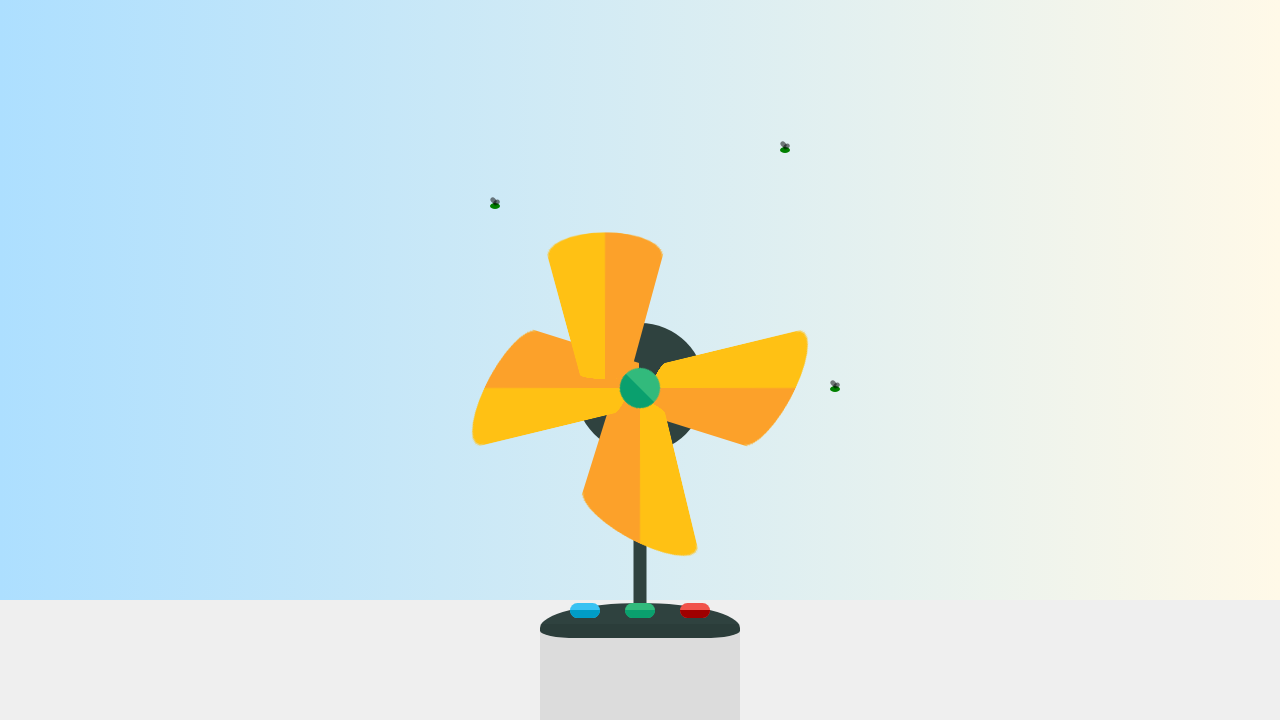
Repository: VuTuanAnh0949/CodeFan
Page: index.html
An editor plug-in stored every save of this project. The page is shown before and after the next save, followed by the edit.
The browser window is 1280 px wide. The pictures show the whole page.

Above is the page before, as saved 2022-06-21 14:34:19.

### index.html
<!DOCTYPE html>
<html lang="en">
<head>
    <meta charset="UTF-8">
    <meta http-equiv="X-UA-Compatible" content="IE=edge">
    <meta name="viewport" content="width=device-width, initial-scale=1.0">
    <title>Document</title>
    <link rel="stylesheet" href="style.css">
</head>
<body>
    <div class="windows">
        <div class="window"></div>

    </div>
    <div class="fan">
        <div class="fan__root"> <span class="top"> <label class="red" for="engine"></label> <label class="green"
                    for="engine2"></label> <label class="blue" for="jack"></label> </span> <span class="bottom"></span>
        </div>
        <div class="fan__staddle"></div> <input type="checkbox" id="jack" hidden />
        <div class="head">
            <div class="fan__engine"> <span class="center"></span> </div> <input type="checkbox" id="engine" hidden
                checked />
            <div> <span class="fly"></span> <span class="fly"></span> <span class="fly"></span>
                <div class="fan__blades"> <input type="checkbox" id="engine2" hidden checked />
                    <div class="fan__blades">
                        <div class="center"></div>
                        <div class="blade"><span></span></div>
                        <div class="blade"><span></span></div>
                        <div class="blade"><span></span></div>
                        <div class="blade"><span></span></div>
                    </div>
                </div>
            </div>
        </div>
    </div>

</body>
</html>

### style.css
html {
    overflow: hidden;
}

body {
    overflow: hidden;
    margin: 0;
    padding: 0;
    background: linear-gradient(90deg, #addfff, #fff9e8);
    display: flex;
    justify-content: center;
    align-items: center;
    width: 100vw;
    height: 100vh;
    position: relative;
}

body::after {
    position: absolute;
    width: 100%;
    content: "";
    height: calc(100% - 600px);
    z-index: 0;
    background: #efefef;
    bottom: 0;
}

@keyframes spin {
    from {
        transform: rotate(0deg);
    }

    to {
        transform: rotate(360deg);
    }
}

@keyframes off {
    to {
        transform: rotate(380deg);
    }
}

@keyframes off2 {
    to {
        transform: rotate(880deg);
    }
}

@keyframes fly {
    to {
        margin-top: 50px;
    }
}

span {
    display: block;
}

.windows {
    width: 100vw;
    height: 100vh;
    position: absolute;
    z-index: 0;
    top: 0;
    left: 0;
    display: flex;
    align-content: flex-start;
}


.fly {
    transition: 0.5s all cubic-bezier(0.04, 0.06, 0, 1.18), 1s transform;
    width: 10px;
    height: 6px;
    background: green;
    border-radius: 50%;
    position: absolute;
    animation: fly 5s alternate infinite ease-in-out;
}

.fly:nth-of-type(1) {
    top: -78px;
    left: -200px;
}

.fly:nth-of-type(2) {
    transform: translateY(-10px);
    animation-delay: 4s;
    top: 5px;
    right: -250px;
}

.fly:nth-of-type(3) {
    transform: translateY(0px);
    top: 400px;
    animation-delay: 2s;
    right: -400px;
}

.fly::after,
.fly::before {
    content: "";
    position: absolute;
    width: 7px;
    height: 5px;
    background-color: rgba(0, 0, 0, 0.5);
    display: block;
    border-radius: 50%;
}

.fly::before {
    bottom: 4px;
    transform: rotate(325deg);
    left: 3px;
}

.fly::after {
    transform: rotate(45deg);
    bottom: 6px;
}

.fan {
    width: 500px;
    height: 500px;
    position: relative;
    z-index: 1;
    margin-top: 75px;
    perspective: 500px;
}

.fan::after {
    content: "";
    display: block;
    position: absolute;
    height: 500px;
    width: 200px;
    background: rgba(0, 0, 0, 0.08);
    top: calc(100% - 24px);
    left: calc(50% - 100px);

}

.fan__root {
    width: 200px;
    position: absolute;
    bottom: 0;
    left: 50%;
    transform: translateX(-50%);
}

.fan__root .top {
    overflow: hidden;
    width: 200px;
    height: 25px;
    position: relative;
}

.fan__root .top::after {
    content: "";
    display: block;
    width: 200px;
    height: 50px;
    background: #2f423f;
    border-radius: 50%;
}

.fan__root .top .red {
    position: absolute;
    width: 30px;
    height: 15px;
    border-radius: 15px;
    display: block;
    right: 30px;
    background: #f15249;
    cursor: pointer;
    overflow: hidden;
}

.fan__root .top .green {
    position: absolute;
    width: 30px;
    height: 15px;
    border-radius: 15px;
    display: block;
    right: 85px;
    background: #32ba7c;
    cursor: pointer;
    overflow: hidden;
}

.fan__root .top .green::after {
    content: "";
    display: block;
    width: 100%;
    height: 50%;
    position: absolute;
    bottom: 0;
    background: #0aa06e;
}

.fan__root .top .red::after {
    content: "";
    display: block;
    width: 100%;
    height: 50%;
    position: absolute;
    bottom: 0;
    background: #a00000;
}

.fan__root .top .blue {
    position: absolute;
    cursor: pointer;
    width: 30px;
    height: 15px;
    border-radius: 15px;
    display: block;
    left: 30px;
    background: #3ac2f2;
    overflow: hidden;
}

.fan__root .top .blue::after {
    content: "";
    display: block;
    width: 100%;
    height: 50%;
    position: absolute;
    bottom: 0;
    background: #009cc6;
}

.fan__root .bottom {
    overflow: hidden;
    width: 200px;
    height: 20px;
}

.fan__root .bottom::after {
    content: "";
    display: block;
    width: 200px;
    height: 40px;
    background: #2f423f;
    border-radius: 18%;
    transform: translateY(-30px);
}

.fan__staddle {
    position: absolute;
    bottom: 45px;
    background: #2f423f;
    height: 270px;
    width: 13px;
    left: 50%;
    transform: translateX(-50%);
}

.fan__engine {
    position: absolute;
    bottom: 0px;
    width: 130px;
    height: 130px;
    background: #2f423f;
    border-radius: 50%;
    left: 50%;
    transform: translateX(-50%);
}

.fan__engine::after {
    content: "";
    background: #2f423f;
    display: block;
    width: 25px;
    height: 50px;
    position: absolute;
    top: 105px;
    left: 50%;
    transform: translateX(-50%);
    border-radius: 0 0 5px 5px;
}

.fan__blades {
    width: 230px;
    height: 230px;
    position: absolute;
    bottom: -50px;
    transition: 2s;
    transform-origin: center center;
    left: calc(50% - 115px);
    z-index: 1;
    animation: spin infinite 0.38s linear forwards;
}

.fan__blades .fan__blades {
    bottom: 0;
    animation: spin infinite 0.5s linear forwards;
}

.fan__blades .blade {
    position: absolute;
    width: 70px;
    height: 100%;
    left: 50%;

    perspective: 500px;
    transform-style: preserve-3d;
}

.fan__blades .blade:nth-child(2) {
    transform: translateX(-50%) rotate(90deg) skewY(25deg);
}

.fan__blades .blade:nth-child(3) {
    transform: translateX(-50%) rotate(180deg) skewY(25deg);
}

.fan__blades .blade:nth-child(4) {
    transform: translateX(-50%) rotate(270deg) skewY(25deg);
}

.fan__blades .blade span {
    width: 100%;
    height: 200%;
    border-radius: 44px;
    background: #ffc114;
    position: absolute;
    top: -66px;
    display: block;
    transform-style: preserve-3d;
    transform: rotateX(81deg);
    overflow: hidden;
}

.fan__blades .blade span::after {
    width: 50%;
    height: 100%;
    content: "";
    display: block;
    background: #fca12a;
    transform: rotate(0deg);
}

.fan__blades .center {
    position: absolute;
    overflow: hidden;
    width: 40px;
    height: 40px;
    border-radius: 50%;
    left: 50%;
    top: 50%;
    transform: translate(-50%, -50%) rotate(45deg);
    background: #32ba7c;
    z-index: 2;
}

.fan__blades .center::after {
    display: block;
    content: "";
    width: 40px;
    height: 20px;
    background: #0aa06e;
}

.head {
    transition: 1s transform;
    height: auto;
    width: auto;
    position: absolute;
    width: 300px;
    height: 300px;
    bottom: 195px;
    left: calc(50% - 150px);
    /* transform: translateX(-50%); */
}

#engine:checked+div>div {
    animation: off2 1s ease-out forwards;
}

#engine:checked+div>span:nth-child(1) {
    transition: 5s all ease-in-out, 1s transform;
    left: 0px;
    top: 0px;
}

#engine:checked+div>span:nth-child(2) {
    transition: 5s all ease-in-out, 1s transform;
    right: 0px;
    top: 0px;
}

#engine:checked+div>span:nth-child(3) {
    transition: 7s all ease-in-out, 1s transform;
    right: -50px;
    top: 200px;
}

#engine2:checked+div {
    animation: off 1s ease-out forwards;
}

#jack:checked+div {
    transform: translateY(-115px);
}

#jack:checked+div>div:nth-child(3)>span {
    transform: translateY(115px);
}

After the next save:
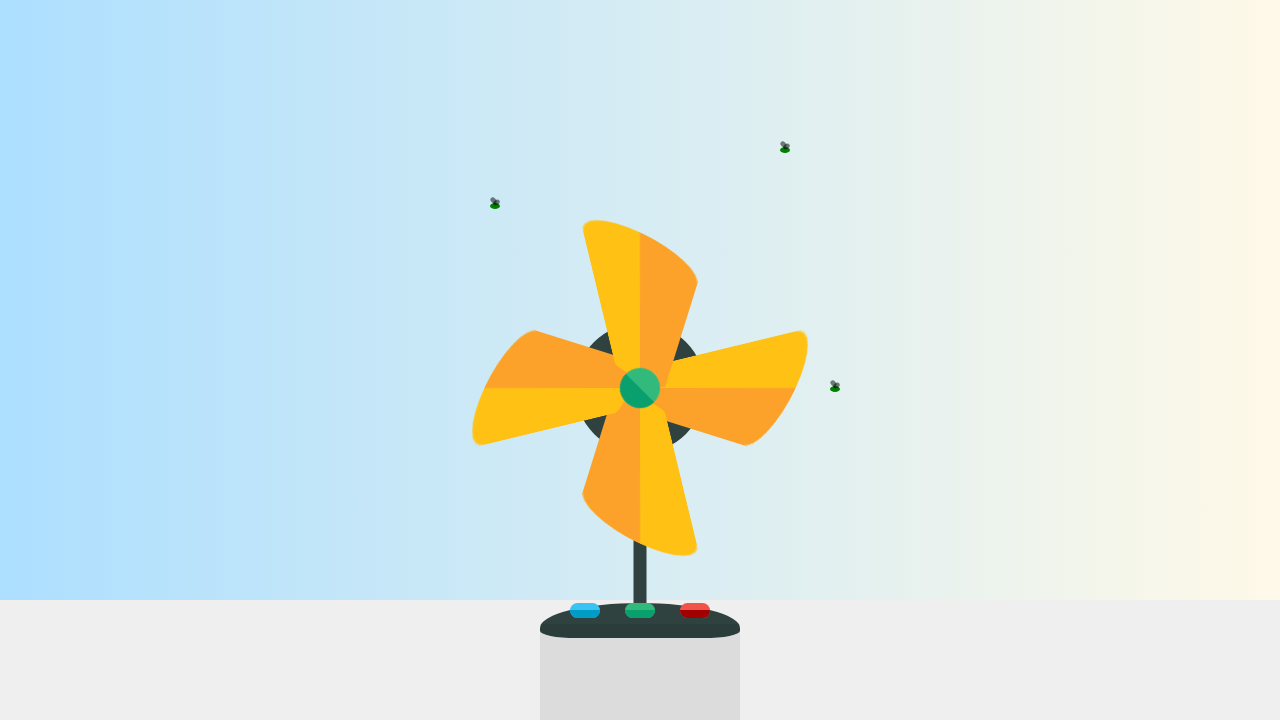
Saved 15 s later.
--- a/style.css
+++ b/style.css
@@ -303,7 +303,7 @@ span {
     width: 70px;
     height: 100%;
     left: 50%;
-
+    transform: translateX(-50%) skewY(25deg);
     perspective: 500px;
     transform-style: preserve-3d;
 }
